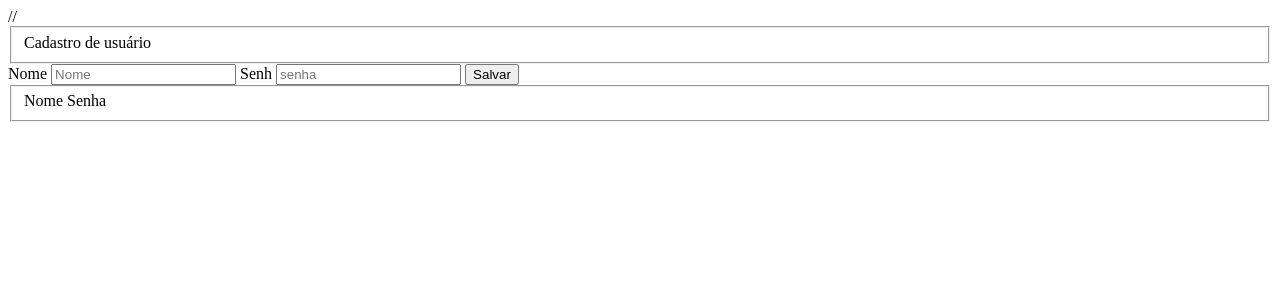
Repository: waanvieira/f21-jdbc-f21-jdbc-exer
Page: curso_java_web1/src/main/webapp/FormCadastroUser.html
The author's editor kept a copy of each file at every save. The page is drawn from the files as they stood at one save, then again after the next save.
The browser window is 1280 px wide. The pictures show the whole page.

Above is the page before, as saved 2019-02-18 21:36:13.

### curso_java_web1/src/main/webapp/FormCadastroUser.html
<!DOCTYPE html>
<html>
<head>
<meta charset="ISO-8859-1">
<script src="js/autenticacao.js"></script>
<title>Insert title here</title>
//<script src="js/autenticacao.js"></script>
<script type="text/javascript">

function mostraArray(){
	dados ="";
	var cars = ["Uno","Gol","Monza","Tempra","Parati"];
	for( i = 0; i < cars.length; i++){
	dado +="<tr>";
	dado +="<td>" + cars[i] + "</td>";
		//alert(cars[i]);
	}
	dado +="<tr>";
	//alert("O numero de carros é: " + cars.count);
}

</script>
</head>
<body>
<form id=form1 action="FormCadastroUser_exe" >
<fieldset>Cadastro de usuário</fieldset>
<label>Nome</label>
<input type=type name=nome id=nome placeholder="Nome">
<label>Senh</label>
<input type="password" name=nome id=senha placeholder="senha">
<input type="button" onclick="mostraArray()" value="Salvar">
<fieldset>
<tr  bordercolor="black">
	<td>Nome</td>
	<td>Senha</td>
	<td></td>
</tr>
</fieldset>
</form>
</body>
</html>

### curso_java_web1/src/main/webapp/js/autenticacao.js

//funções da pagina index
function mundo(){
	var a = document.getElementById("variavel").value;
	if(document.getElementById("variavel").value == ""){
		alert("Digite um nome");
		return false;
	}
	else alert(a);
}

function calcular(){
	var n1 = document.getElementById("n1").value;
	var n2 = document.getElementById("n2").value;

	var resultado = parseInt(n1) + parseInt(n2);
	alert("O resultado é " + resultado);
}

CalculoFinanceiro = function(){}
//criacao de método
/*CalculoFinanceiro.prototype.calculoPorgentagem = function() {
	var v1 = document.getElementById("v1").value;
	var p = document.getElementById("p").value;

	resultado = (v1 * p)/100;
	aler("Resultado é: " + resultado)
	return resultado;
}
//Instanciando o objeto
cf = new CalculoFinanceiro()
f = cf.calculoPorgentagem(v1, p);
//resultado
alert(resultado);
*/

//OU OUTRA FORMA
CalculoFinanceiro = function() {

	//criacao do metodo
	this.calculoPorgentagem = function(v1, p) {
		resultado = (v1 * p)/100;
		aler("Resultado é: " + resultado)
		return resultado;
	}

	this.aoClicarCalcular = function() {
		//leitura dos valores dos campos
		var v1 = document.getElementById("v1").value;
		var p = document.getElementById("p").value;

		//Invoca metodos calculo
		r = this.calculoPorgentagem(v1, p)

		//exibe mensagem de alerta
		window.alert(r);
	}
}

//instancia Objeto
cf = new CalculoFinanceiro();

/*
function mostraArray(){
	var cars = ["Uno","Gol","Monza","Tempra","Parati"];
	for( i = 0; i < cars.length; i++){
		alert(cars[i]);
	}
	alert("O numero de carros é: " + cars.count);
}
*/

After the next save:
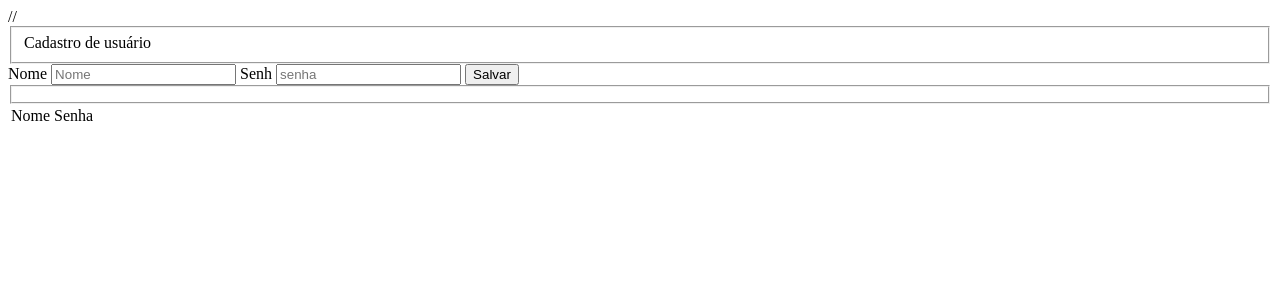
Saved 2 min 56 s later.
--- a/curso_java_web1/src/main/webapp/FormCadastroUser.html
+++ b/curso_java_web1/src/main/webapp/FormCadastroUser.html
@@ -29,6 +29,7 @@ function mostraArray(){
 <label>Senh</label>
 <input type="password" name=nome id=senha placeholder="senha">
 <input type="button" onclick="mostraArray()" value="Salvar">
+<table>
 <fieldset>
 <tr  bordercolor="black">
 	<td>Nome</td>
@@ -36,6 +37,7 @@ function mostraArray(){
 	<td></td>
 </tr>
 </fieldset>
+</table>
 </form>
 </body>
 </html>
